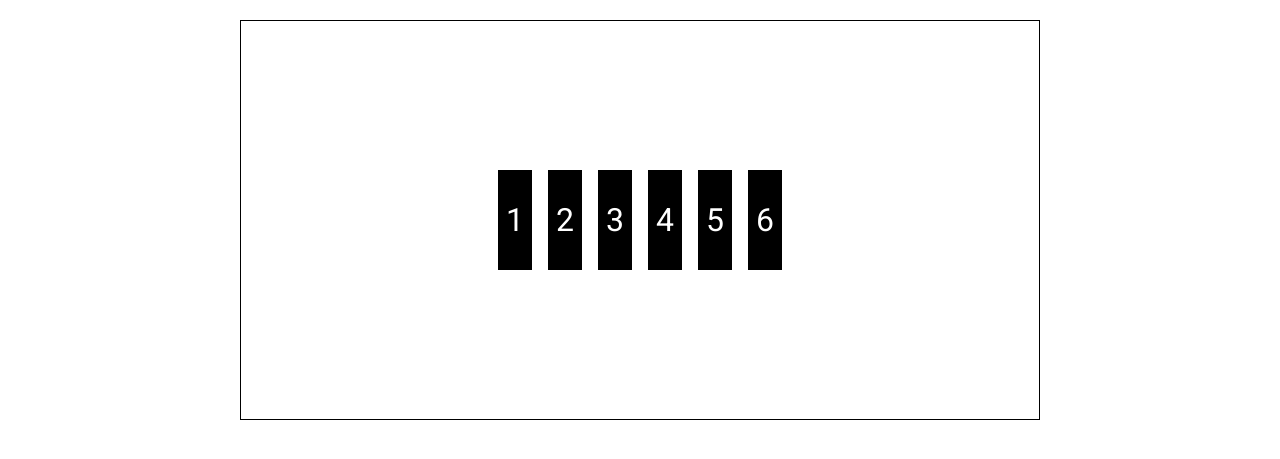
Repository: JavaProgrammerFromEastEurope/project-css-full-tutorial
Page: 14_lesson/index.html
The author's editor kept a copy of each file at every save. The page is drawn from the files as they stood at one save, then again after a run of saves.
The browser window is 1280 px wide. The pictures show the whole page.

Above is the page before, as saved 2023-04-07 11:40:18.

### 14_lesson/index.html
<!DOCTYPE html>
<html lang="en">
  <head>
    <meta charset="UTF-8" />
    <meta http-equiv="X-UA-Compatible" content="IE=edge" />
    <meta name="viewport" content="width=device-width, initial-scale=1.0" />
    <title>CSS Flexbox</title>
    <link rel="stylesheet" href="css/style.css" />
  </head>

  <body>
    <main class="container">
      <div class="box">1</div>
      <div class="box">2</div>
      <div class="box">3</div>
      <div class="box">4</div>
      <div class="box">5</div>
      <div class="box">6</div>
    </main>
  </body>
</html>

### 14_lesson/css/style.css
@import url("https://fonts.googleapis.com/css2?family=Roboto&display=swap");

* {
  margin: 0;
  padding: 0;
  box-sizing: border-box;
}

body {
  font-family: "Roboto", sans-serif;
  min-height: 100vh;
  padding: 20px;
}

.container {
  max-width: 800px;
  min-height: 400px;
  margin-inline: auto;
  border: 1px solid #000;
  display: flex;
	gap: 1rem;
	justify-content: center;
	align-items: center;
	flex-flow: row wrap;
	align-content: space-evenly;
}

.box {
  /* min-width: 100px; */
  height: 100px;
  background-color: #000;
  color: #fff;
  font-size: 2rem;
  padding: 0.5rem;

	display: flex;
	justifycontent: center;
	align-items: center;

}

After the next 3 saves:
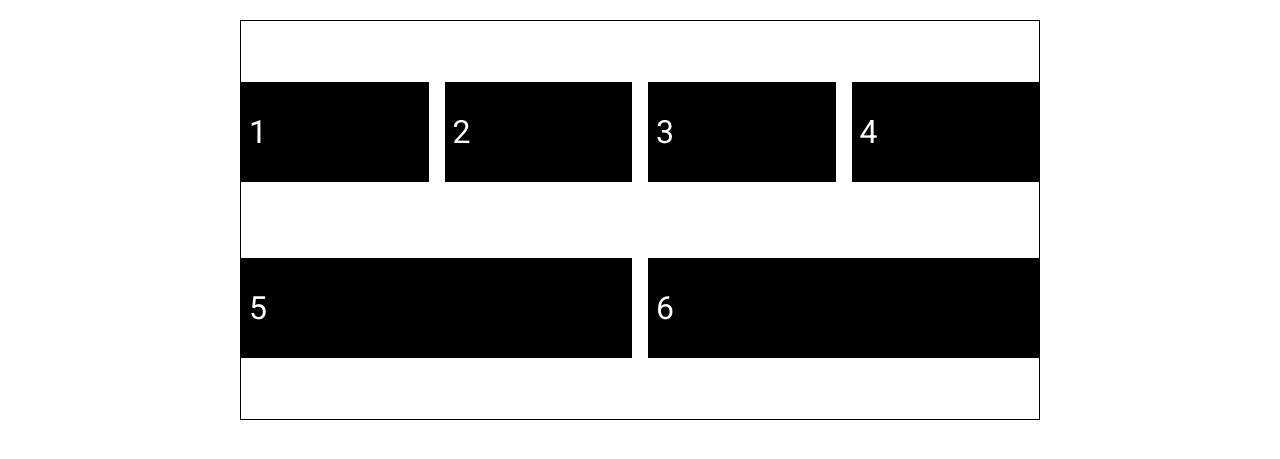
The 3 saves are shown as one change because they came seconds apart.
The last was saved 13 s later.
--- a/14_lesson/css/style.css
+++ b/14_lesson/css/style.css
@@ -37,4 +37,7 @@ body {
 	justifycontent: center;
 	align-items: center;
 
+	flex: 1 1 150px;
 }
+
+.box:
